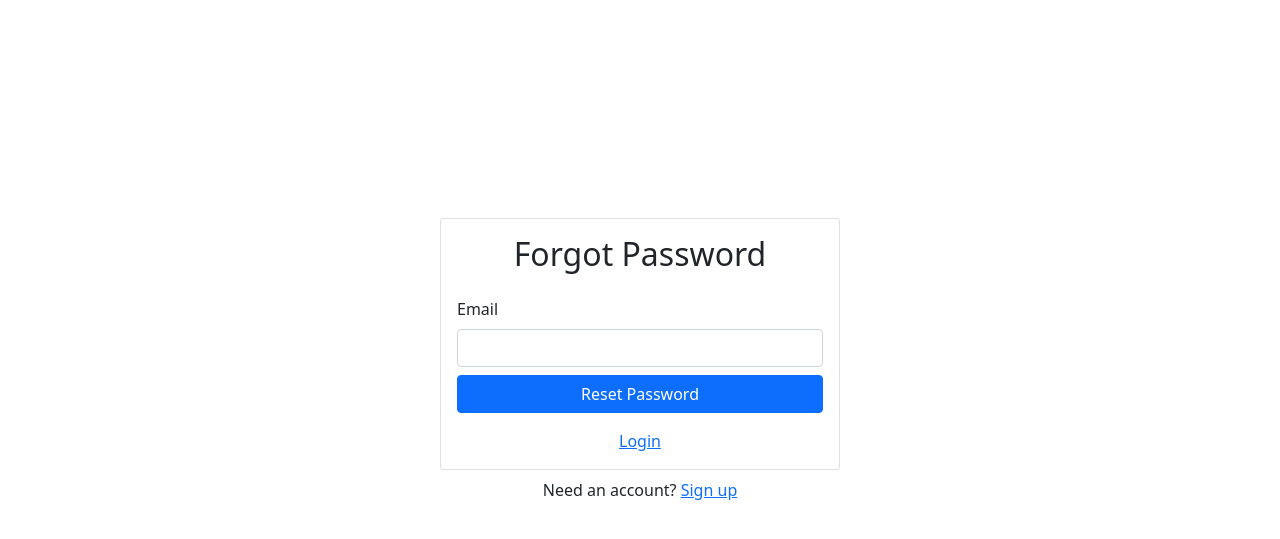
Repository: SirZeck/gg-drive
Page: /forgot-password
An editor plug-in stored every save of this project. The page is shown before and after the next save, followed by the edit.
The browser window is 1280 px wide. The pictures show the whole page.
The project was rebuilt for these pictures with package versions that can differ from the ones it lists, and the page was loaded fresh each time. Also part of the build but not shown: src/components/Signup.js, src/components/Dashboard.js, src/components/Login.js, src/components/PrivateRoute.js.

Above is the page before, as saved 2021-09-28 18:20:19.

### src/index.js
import React from 'react';
import ReactDOM from 'react-dom';
import App from "./components/App";
import "bootstrap/dist/css/bootstrap.min.css"


ReactDOM.render(
  <React.StrictMode>
    <App />
  </React.StrictMode>,
  document.getElementById('root')
);

### src/components/App.js
//import React from "react";

import Signup from "./Signup";
import { Container } from "react-bootstrap"
import { AuthProvider } from "../contexts/AuthContext"
import { BrowserRouter as Router, Switch, Route } from "react-router-dom"
import Dashboard from "./Dashboard";
import Login from "./Login";
import PrivateRoute from "./PrivateRoute";
import ForgotPassword from "./ForgotPassword";

function App() {
  return (
  <AuthProvider>
    <Container
      className="d-flex align-items-center justify-content-center"
      style={{ minHeight: "100vh" }}
    >
      <div className="w-100" style={{ maxWidth: "400px" }}>
        <Router>
          <AuthProvider>
            <Switch>
              <PrivateRoute exact path="/" component={Dashboard} />
              <Route path="/signup" component={Signup} />
              <Route path="/login" component={Login} />
              <Route path="/forgot-password" component={ForgotPassword} />
            </Switch>
          </AuthProvider>
        </Router>
      </div>

    </Container>
  </AuthProvider>
  )
}

export default App;

### src/contexts/AuthContext.js
import React, { useContext, useEffect, useState } from 'react'
import { auth } from '../compat/firebase'

const AuthContext = React.createContext()

export function useAuth() {
    return useContext(AuthContext)
}

export function AuthProvider({ children }) {
    const [currentUser, setCurrentUser] = useState()
    const [loading, setLoading] = useState(true)

    function signup(email, password) {
        return auth.createUserWithEmailAndPassword(email, password)
    }

    function login(email, password) {
        return auth.signInWithEmailAndPassword(email, password)
    }

    function logout() {
        return auth.signOut()
    }

    useEffect (() => {
        const unsubscribe = auth.onAuthStateChanged(user => {
            setCurrentUser(user)
            setLoading(false)
        })
        return unsubscribe
    },[])


    const value = {
        currentUser,
        login,
        signup,
        logout
    }

    return (
        <AuthContext.Provider value={value}>
            {!loading && children}
        </AuthContext.Provider>
    )
}

### src/components/ForgotPassword.js
import React, { useRef, useState } from 'react'
import { Form, Button, Card, Alert } from 'react-bootstrap'
import { useAuth } from '../contexts/AuthContext'
import { Link, useHistory } from 'react-router-dom'

export default function ForgotPassword() {
    const emailRef = useRef()
    const { login } = useAuth()
    const [error, setError] = useState('')
    const [loading, setLoading] = useState(false)
    const history = useHistory()

    async function handleSubmit(e) {
        e.preventDefault()

        try {
            setError('')
            setLoading(true)
            //await login(emailRef.current.value, passwordRef.current.value)
            history.push("/")
        } catch {
            setError('Failed to sign in')
        }

        setLoading(false)
    }

    return (
        <>
            <Card>
                <Card.Body>
                    <h2 className="text-center mb-4">Forgot Password</h2>
                    {error && <Alert variant="danger">{error}</Alert>}
                    <Form onSubmit={handleSubmit}>
                        <Form.Group id="email">
                            <Form.Label>Email</Form.Label>
                            <Form.Control type="email" ref={emailRef} required />
                        </Form.Group>

                        <Button disabled={loading} className="w-100 mt-2"  type="submit">
                            Reset Password
                        </Button>
                    </Form>
                    <div className="w-100 text-center mt-3">
                        <Link to="/login">Login</Link>
                    </div>
                </Card.Body>
            </Card>

            <div className="w-100 text-center mt-2">
                Need an account? <Link to="/signup">Sign up</Link>
            </div>
        </>
    )
}

### src/compat/firebase.js
import firebase from 'firebase/compat/app'
import 'firebase/compat/auth'

const app = firebase.initializeApp({
    apiKey: process.env.REACT_APP_FIREBASE_API_KEY,
    authDomain: process.env.REACT_APP_FIREBASE_AUTH_DOMAIN,
    databaseURL: process.env.REACT_APP_FIREBASE_DATABASE,
    projectId: process.env.REACT_APP_FIREBASE_PROJECT_ID,
    storageBucket: process.env.REACT_APP_FIREBASE_STORAGE_BUCKET,
    messagingSenderId: process.env.REACT_APP_FIREBASE_MESSAGING_SENDER_ID,
    appId: process.env.REACT_APP_FIREBASE_APP_ID
})

export const auth = app.auth()
export default app

Loaded but not shown: public/index.html (common file)

After the next save:
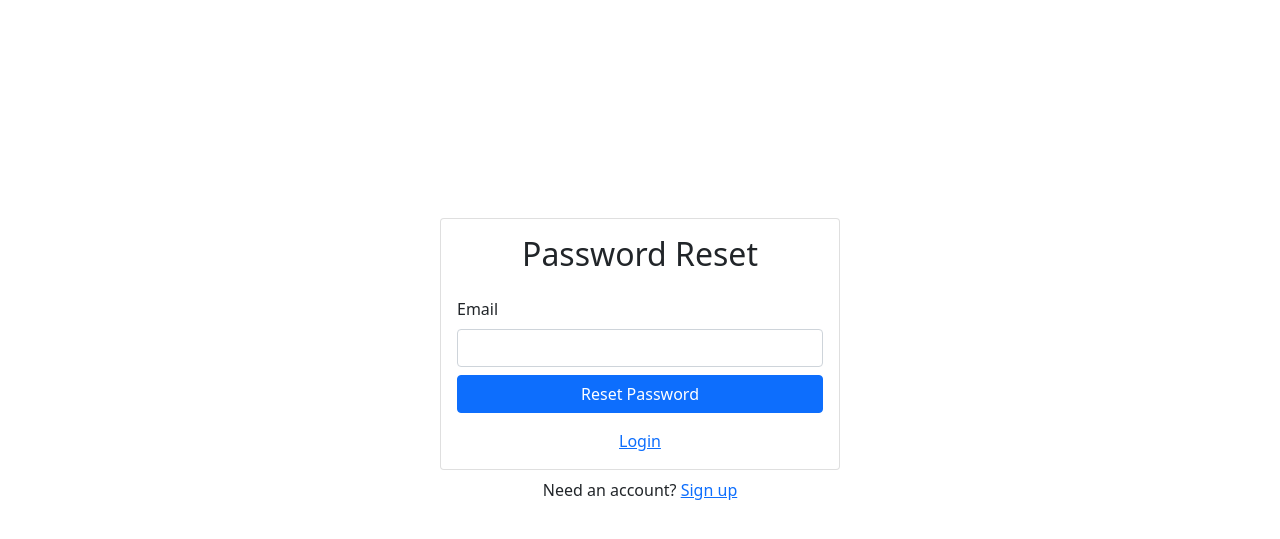
Saved 34 s later.
--- a/src/components/ForgotPassword.js
+++ b/src/components/ForgotPassword.js
@@ -29,7 +29,7 @@ export default function ForgotPassword() {
         <>
             <Card>
                 <Card.Body>
-                    <h2 className="text-center mb-4">Forgot Password</h2>
+                    <h2 className="text-center mb-4">Password Reset</h2>
                     {error && <Alert variant="danger">{error}</Alert>}
                     <Form onSubmit={handleSubmit}>
                         <Form.Group id="email">
@@ -37,7 +37,7 @@ export default function ForgotPassword() {
                             <Form.Control type="email" ref={emailRef} required />
                         </Form.Group>
 
-                        <Button disabled={loading} className="w-100 mt-2"  type="submit">
+                        <Button disabled={loading} className="w-100 mt-2" type="submit">
                             Reset Password
                         </Button>
                     </Form>
